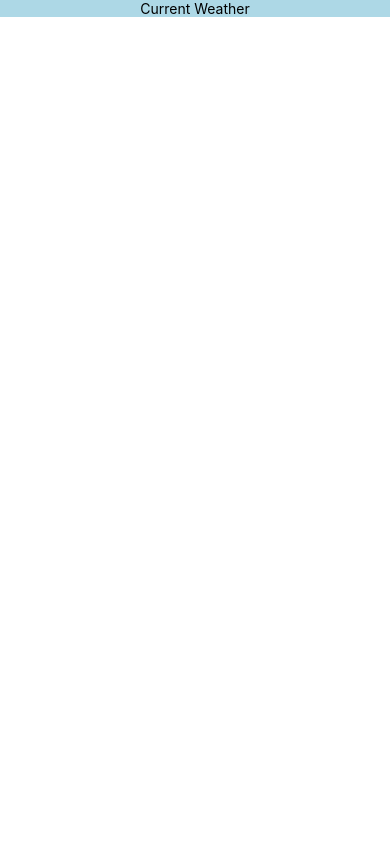
Repository: akinmiday/fcc
Screen: / (app in WeatherApp/)
These files come from the project's save history. The screen is drawn as it stood at one moment and after the next save; the edit follows.
The app was drawn by React Native's web renderer in a window 390 px wide. The project was rebuilt for these pictures with package versions that can differ from the ones it lists, and the page was loaded fresh each time.

Above is the screen before, as saved 2023-07-18 06:52:02.

After the next save:
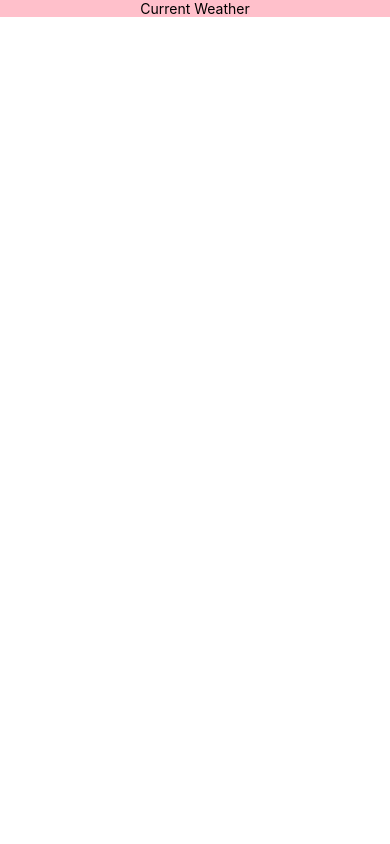
Saved 5 min 38 s later.
--- a/WeatherApp/App.js
+++ b/WeatherApp/App.js
@@ -16,7 +16,7 @@ const styles= StyleSheet.create({
     flex:1,
   },
   container:{
-    backgroundColor: 'lightblue',
+    backgroundColor: 'pink',
     alignItems: 'center'
   }
 })
